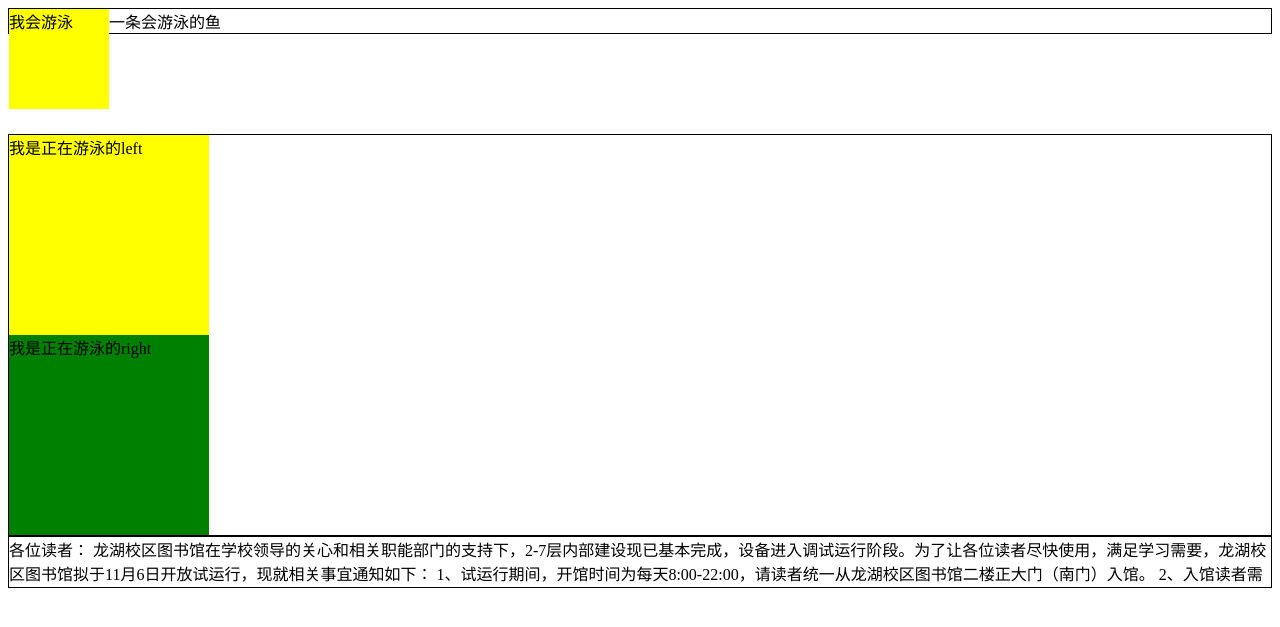
Repository: nanvon/front-end_byhuawei
Page: CSS浮动.html
These files come from the project's save history. The page is drawn as it stood at one moment and after the next save; the edit follows.
The browser window is 1280 px wide. The pictures show the whole page.

Above is the page before, as saved 2020-12-09 21:26:47.

After the next save:
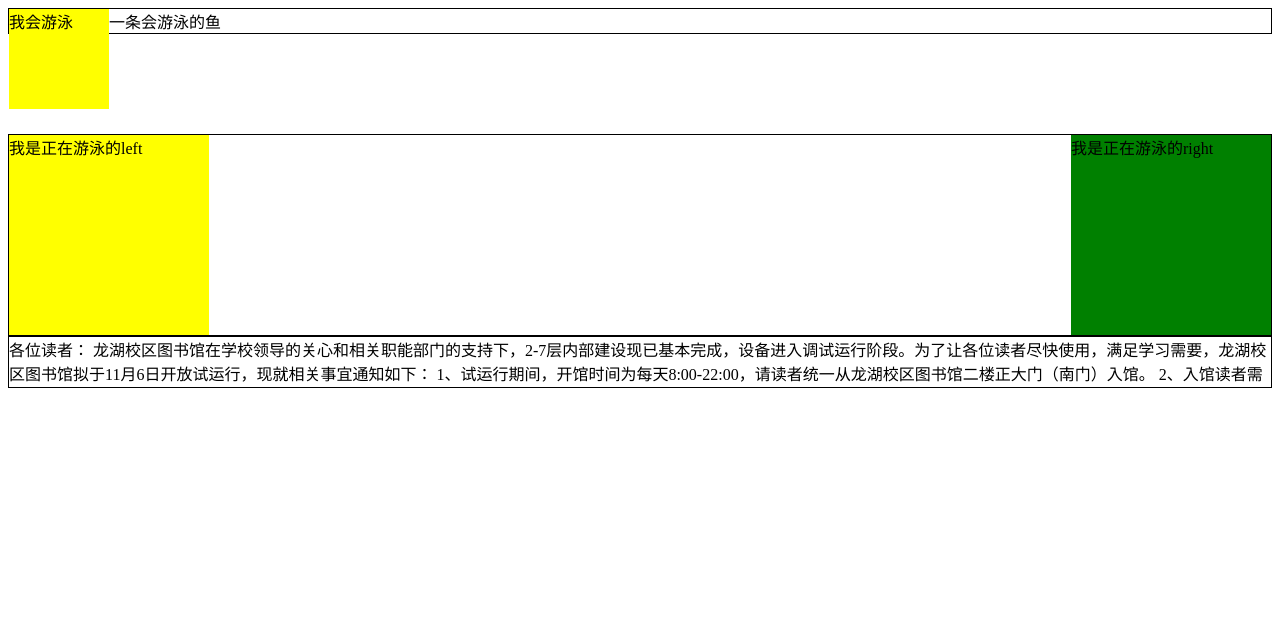
Saved 49 s later.
--- a/CSS浮动.html
+++ b/CSS浮动.html
@@ -26,13 +26,13 @@
             width: 200px;
             height: 200px;
             background: yellow;
-            /* float: left; */
+            float: left;
         }
         .right{
             width: 200px;
             height: 200px;
             background: green;
-            /* float: right; */
+            float: right;
         }
         .clear{
             /* clear: both; */
